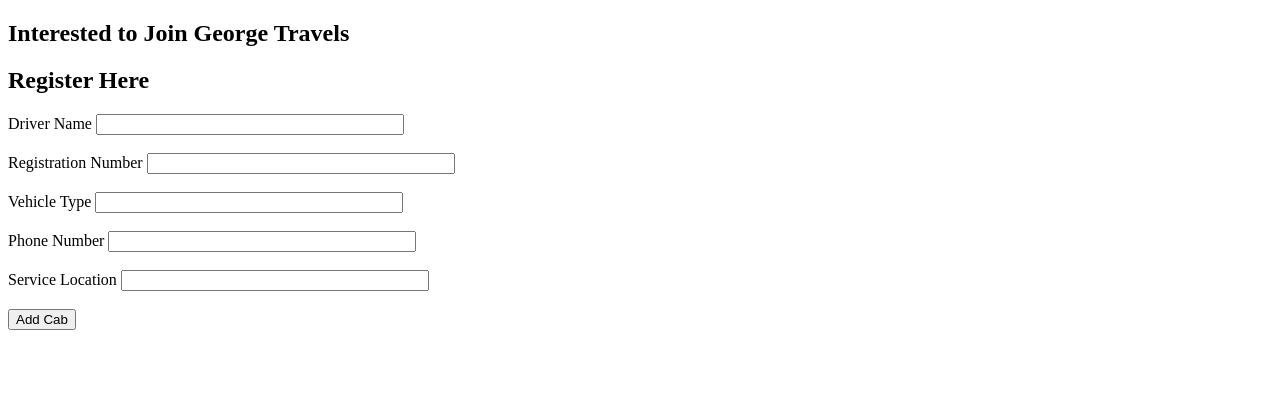
Repository: harshithkandula/Travel-Management-Software
Page: http://localhost/User_Interface_MS/WEB-INF/views/Addcab.jsp
An editor plug-in stored every save of this project. The page is shown before and after the next save, followed by the edit.
The browser window is 1280 px wide. The pictures show the whole page.
The page is served by Tomcat 9. Nobody is signed in. The template is opened directly, without the code that normally fills it, so the values that code supplies are empty.

Above is the page before, as saved 2024-04-30 16:51:35.

After the next save:
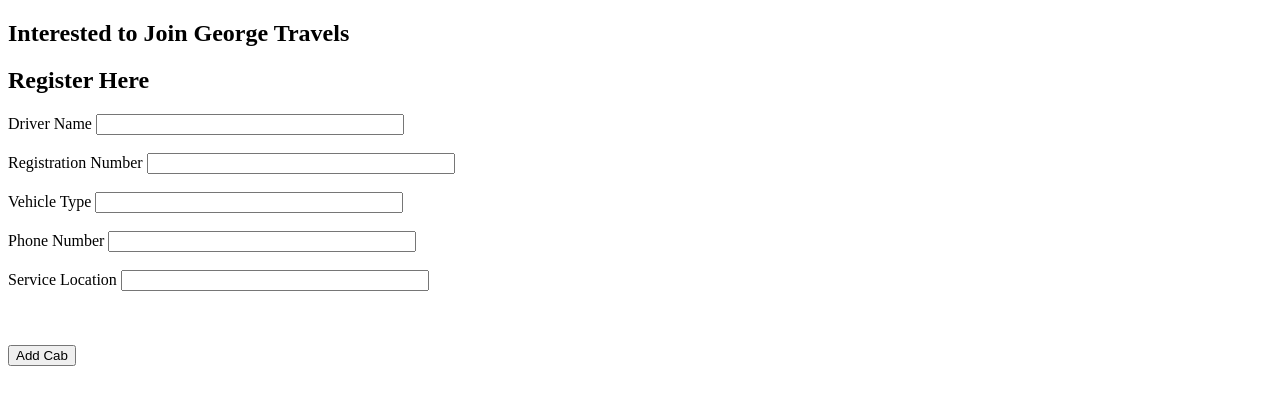
Saved 3 min 7 s later.
--- a/User_Interface_MS/src/main/webapp/WEB-INF/views/Addcab.jsp
+++ b/User_Interface_MS/src/main/webapp/WEB-INF/views/Addcab.jsp
@@ -24,6 +24,7 @@
              <label class="form-label" for="exampleInputServiceLocation">Service Location</label>
              <input type="text" class="form-control" name="serviceLocation" style="width:300px"><br><br>
 
+             <input type="hidden" class="form-control" name="bookingStatus" value="Not Booked" style="width:300px"><br><br>
 
 
 
